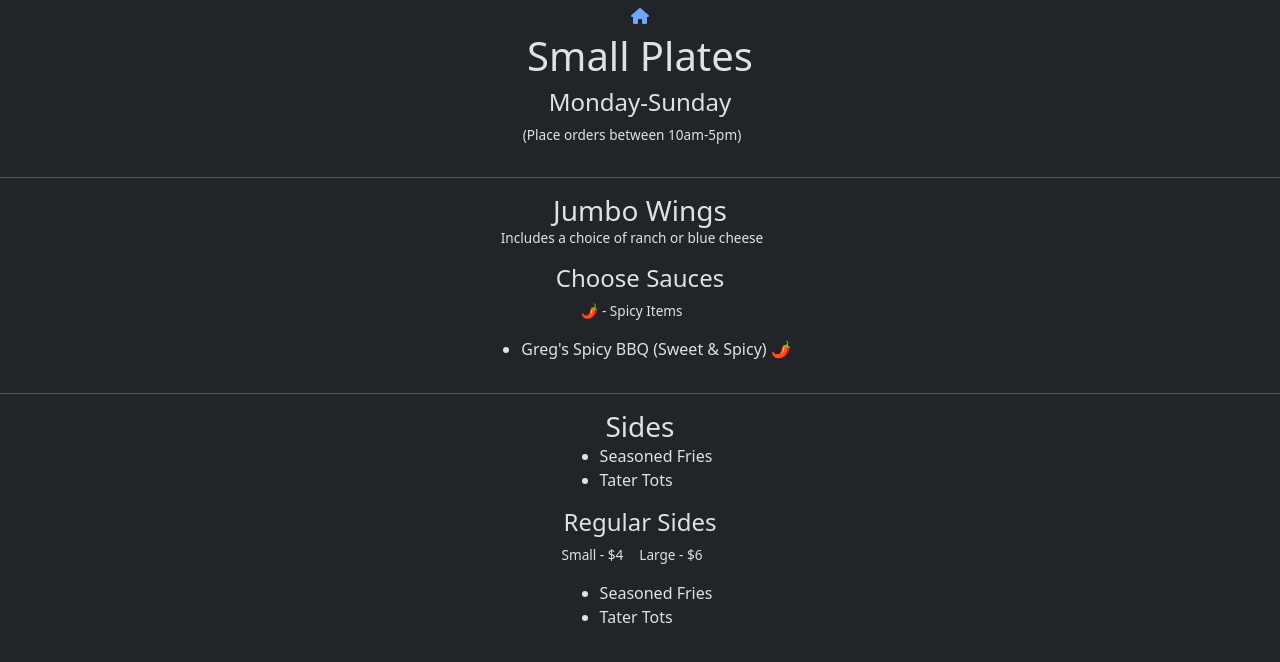
Repository: dukedward/smokehousemenu
Page: plates/index.html
An editor plug-in stored every save of this project. The page is shown before and after the next save, followed by the edit.
The browser window is 1280 px wide. The pictures show the whole page.
Some web libraries are served in a nearby version.

Above is the page before, as saved 2023-03-06 13:21:06.

### plates/index.html
<!DOCTYPE html>
<html lang="en" data-bs-theme="dark">
<head>
    <meta charset="UTF-8">
    <meta http-equiv="X-UA-Compatible" content="IE=edge">
    <meta name="viewport" content="width=device-width, initial-scale=1.0">
    <link rel="stylesheet" href="https://cdnjs.cloudflare.com/ajax/libs/font-awesome/6.3.0/css/all.min.css" integrity="sha512-SzlrxWUlpfuzQ+pcUCosxcglQRNAq/DZjVsC0lE40xsADsfeQoEypE+enwcOiGjk/bSuGGKHEyjSoQ1zVisanQ==" crossorigin="anonymous" referrerpolicy="no-referrer" />
    <link href="https://cdn.jsdelivr.net/npm/bootstrap@5.3.0-alpha1/dist/css/bootstrap.min.css" rel="stylesheet" integrity="sha384-GLhlTQ8iRABdZLl6O3oVMWSktQOp6b7In1Zl3/Jr59b6EGGoI1aFkw7cmDA6j6gD" crossorigin="anonymous">
    <link rel="stylesheet" href="../style.css" />
    <link rel="shortcut icon" href="../images/favicon.ico" type="image/x-icon">
    <title>Small Plates</title>
</head>
<body>
    <div class="title">
        <a href="/">
            <i class="fa-solid fa-house mt-2 mb-2"></i>
        </a>
        <h1>Small Plates</h1>
        <h4>Monday-Sunday</h4>
        <p>(Place orders between 10am-5pm)</p>
    </div>
    <!-- <hr>
    <div class="sections">
        <div class="sect">
            <h3>Jumbo Wings</h3>
            <div class="desc">
                <p>Includes a choice of ranch or blue cheese</p>
            </div>
            <div class="sub-sect">
                <h4>Choose Amount:</h4>
                <ul>
                    <li>5pc - $7.50</li>
                    <li>10pc - $13</li>
                    <li>20pc - $22</li>
                    <li>30pc - $31</li>
                </ul>
            </div>
            <div class="sub-sect">
                <h4>Choose Style:</h4>
                <ul>
                    <li>Traditional Fried</li>
                    <li>Smoke Fried</li>
                    <li>Signature Wild Wings</li>
                </ul>
            </div>
            <div class="sub-sect">
                <h4>Choose Sauces:</h4>
                <div class="desc">
                    <p>🌶️ - Spicy items</p>
                </div>
                <ul>
                    <li>Greg's Sweet BBQ</li>
                    <li>Sweet Teriyaki</li>
                    <li>Garlic Parmesan</li>
                    <li>Honey Mustard</li>
                    <li>Lemon Pepper</li>
                    <li>Carolina Gold 🌶️</li>
                    <li>Buffalo Sauce 🌶️</li>
                    <li>Hot Garlic 🌶️</li>
                    <li>Hot Honey Garlic 🌶️</li>
                    <li>Greg's Spicy BBQ (Sweet & Spicy) 🌶️</li>
                    <li>Honey Sriracha 🌶️</li>
                    <li>Spicy Honey Mustard 🌶️</li>
                    <li>Sweet Thai Chili 🌶️</li>
                </ul>
            </div>
        </div>
        <hr>
        <div class="sect">
            <h3>Smoked Pork Ribs</h3>
            <ul>
                <li>(2) Bone - $7</li>
                <li>Half Rack - $17.50</li>
                <li>Full Rack - $33</li>
            </ul>
            <h3>Smoked Beef Ribs</h3>
            <ul>
                <li>(1) Bone - $15</li>
                <li>(2) Bones - $25</li>
            </ul>
        </div>
        <hr>
        <div class="sect">
            <h3>Regular Sides</h3>
            <div class="desc">
                <p>Small - $4</p>
                <p>Large - $6</p>
            </div>
            <ul>
                <li>Seasoned Fries</li>
                <li>Tater Tots</li>
            </ul>
            <h3>Specialty Sides</h3>
            <div class="desc">
                <p>Cup - $7</p>
                <p>Pint - $12</p>
                <p>Quart - $21</p>
            </div>
            <ul>
                <li>White chedder Mac-n-Cheese</li>
                <li>Mommas Baked Beans (made w/ beef)</li>
                <li>Southern Green Beans (made w/ Turkey)</li>
            </ul>
            <h3>Garlic Toast</h3>
            <ul>
                <li>Small Basket (3) - $4</li>
                <li>Large Basket (6) - $6</li>
            </ul>
        </div>
        <hr>
        <div class="sect">
            <h3>Plates</h3>
            <div class="desc">
                <p>Includes 1 side & garlic toast</p>
                <p>$3 extra for specialty sides</p>
            </div>
            <ul>
                <li>Fried Shrimp Plate - $16</li>
                <li>Fried Catfish Plate - $16</li>
                <li>Small Wing Plate (5) - $10</li>
                <li>Large Wing Plate (10) - $16</li>
                <li>Chicken Finger Plate (4) - $12</li>
                <li>BBQ Chicken Plate (Leg & Thigh) - $11</li>
                <li>Fried Chicken Plate (Leg & Thigh) - $12</li>
                <li>Pulled Pork (1/2 lb) - $13</li>
                <li>Pork Rib Plate (4) - $15</li>
                <li>Beef Short Rib Plate (1/2 lb) - $20</li>
                <li>Smoked Sausage (1 lb Sliced) - $12</li>
            </ul>
        </div>
        <hr>
        <div class="sect">
            <h3>Sandwiches</h3>
            <div class="desc">
                <p>Includes one side</p>
            </div>
            <ul>
                <li>Chicken Sandwich - $13</li>
                <li>Short Rib Sandwich - $18</li>
                <li>Sausage & Peppers Pork - $15</li>
                <li>Cheese Burger - $11</li>
            </ul>
            <h3>Sliders</h3>
            <div class="desc">
                <p>Includes one side and sauce of choice</p>
            </div>
            <ul>
                <li>Chicken Sliders - $12</li>
                <li>Pulled Pork Sliders - $14</li>
                <li>Beef Short Rib Sliders - $16</li>
                <li>Mix-n-Match Sliders - $15</li>
            </ul>
        </div>
        <hr>
        <div class="sect">
            <h3>Add Ons</h3>
            <ul>
                <li>Side Shrimp (1/4 lb) - $7</li>
                <li>Catfish (1) - $7</li>
                <li>Chicken Finger (1) - $3</li>
                <li>Pork Sausage (1) - $7</li>
            </ul>
        </div>
    </div> -->
    <div class="bottom"></div>
    <script src="https://cdn.jsdelivr.net/npm/bootstrap@5.3.0-alpha1/dist/js/bootstrap.bundle.min.js" integrity="sha384-w76AqPfDkMBDXo30jS1Sgez6pr3x5MlQ1ZAGC+nuZB+EYdgRZgiwxhTBTkF7CXvN" crossorigin="anonymous"></script>
    <script src="../script.js"></script>
</body>
</html>

### style.css
.container {
    height: 100vh;
}

.title {
	display: flex;
	flex-direction: column;
	justify-content: center;
	align-items: center;
}

.sections {
	display: grid;
}

.sect, .sub-sect {
	display: flex;
	flex-direction: column;
	justify-content: left;
	align-items: center;
}

.sect h2,h3 {
    margin-bottom: 0;
}

.desc {
    display: flex;
    flex-direction: row;
    justify-content: space-between;
}

.desc p,.title p {
    padding-right: 1rem;
    font-size: .85rem;
}

### script.js
// Collecting DOM Elements
const bottom = document.querySelector('.bottom');
const sections = document.querySelector('.sections');

// API Data
const categories = [
    {
        name: 'Jumbo Wings',
        hasSubSection: true,
        description: [
            {
                text: 'Includes a choice of ranch or blue cheese',
            },
        ],
    },{
        name: 'Sides',
        hasSubSection: true,
        description: [],
    },
];
const products = [
    {
        name: 'Greg\'s Spicy BBQ (Sweet & Spicy) 🌶️',
        image: '',
        price: 0,
        category: {
            _id: '640533ab345c72c36a197c35',
            name: 'Jumbo Wings'
        },
    }, {
        name: 'Seasoned Fries',
        image: '',
        price: 0,
        category: {
            _id: '87689736897163987',
            name: 'Sides'
        }
    }, {
        name: 'Tater Tots',
        image: '',
        price: 0,
        category: {
            _id: '87689736897163987',
            name: 'Sides'
        }
    }
];
const subCategories = [
    {
        name: 'Choose Sauces',
        description: [
            {
                text: '🌶️ - Spicy Items',
            },
        ],
        category: {
            _id: '640533ab345c72c36a197c35',
            name: 'Jumbo Wings'
        },
    }, {
        name: 'Regular Sides',
        description: [
            {
                text: 'Small - $4'
            },
            {
                text: 'Large - $6'
            }
        ],
        category: {
            _id: '87689736897163987',
            name: 'Sides'
        }
    }
];

document.body.onload = addSection;

function addSection() {
    let catName, subCatName, prodName = ''
    for(i=0; i < categories.length; i++) {
            catName = categories[i].name;
            // create a new div element
            const lineBreak = document.createElement("hr");
            const newDiv = document.createElement("div");
            newDiv.className = "sect";

            // and give it some content
            // Section Title
            const newSectTitle = document.createElement("h3");
            newSectTitle.innerHTML = catName;

            // Section Description
            console.log(categories[i].description.length);
            const newDesc = document.createElement("div");
            newDesc.className = "desc";
            for(e=0; e < categories[i].description.length; e++ ) {
                const newDescText = document.createElement("p");
                newDescText.innerHTML = categories[i].description[i].text;
                // console.log(categories[i].description[i].text);
                newDesc.appendChild(newDescText);
            }

            if(categories[i].hasSubSection === true) {
                for (s=0; s < subCategories.length; s++) {
                    subCatName = subCategories[s].category.name
                    if (catName === subCatName) {
                        // Sub Section
                        const newSubSect = document.createElement("div");
                        newSubSect.className = "sub-sect";

                        // Sub Section Title
                        const newSubSectTitle = document.createElement("h4");
                        newSubSectTitle.innerHTML = subCategories[s].name;

                        // Sub Section Description
                        const newSubSectDesc = document.createElement('div');
                        newSubSectDesc.className = "desc";
                        for (d=0; d < subCategories[s].description.length; d++) {
                            const newSubSectDescText = document.createElement("p");
                            newSubSectDescText.innerHTML = subCategories[s].description[d].text;
                            newSubSectDesc.appendChild(newSubSectDescText);

                            // Sub Section List
                            const newSubSectList = document.createElement('ul');
                            for (p=0; p < products.length; p++) {
                                prodName = products[p].category.name
                                if (catName === prodName) {
                                    const newSubSectListItem = document.createElement('li');
                                    newSubSectListItem.innerHTML = products[p].name
                                    newSubSectList.appendChild(newSubSectListItem)
                                }

                            }
                            // Appending all elements to Sub Section
                            newSubSect.appendChild(newSubSectTitle)
                            newSubSect.appendChild(newSubSectDesc)
                            newSubSect.appendChild(newSubSectList)

                            // Appending all elements to Parent Div
                            newDiv.appendChild(newSectTitle);
                            newDiv.appendChild(newDesc);
                            newDiv.appendChild(newSubSect)
                        }
                    }
                }
            } else {
                //  Section List
                const newSectList = document.createElement('ul');
                for (p=0; p < products.length; p++) {
                    const newSectListItem = document.createElement('li');
                    newSectListItem.innerHTML = products[p].name
                    newSectList.appendChild(newSectListItem)
                }

                // Appending all elements to Parent Div
                newDiv.appendChild(newSectTitle);
                newDiv.appendChild(newDesc);
                newDiv.appendChild(newSectList)
            }

            // add the newly created element and its content into the DOM
            document.body.insertBefore(lineBreak, bottom)
            document.body.insertBefore(newDiv, bottom)
            }
}

After the next save:
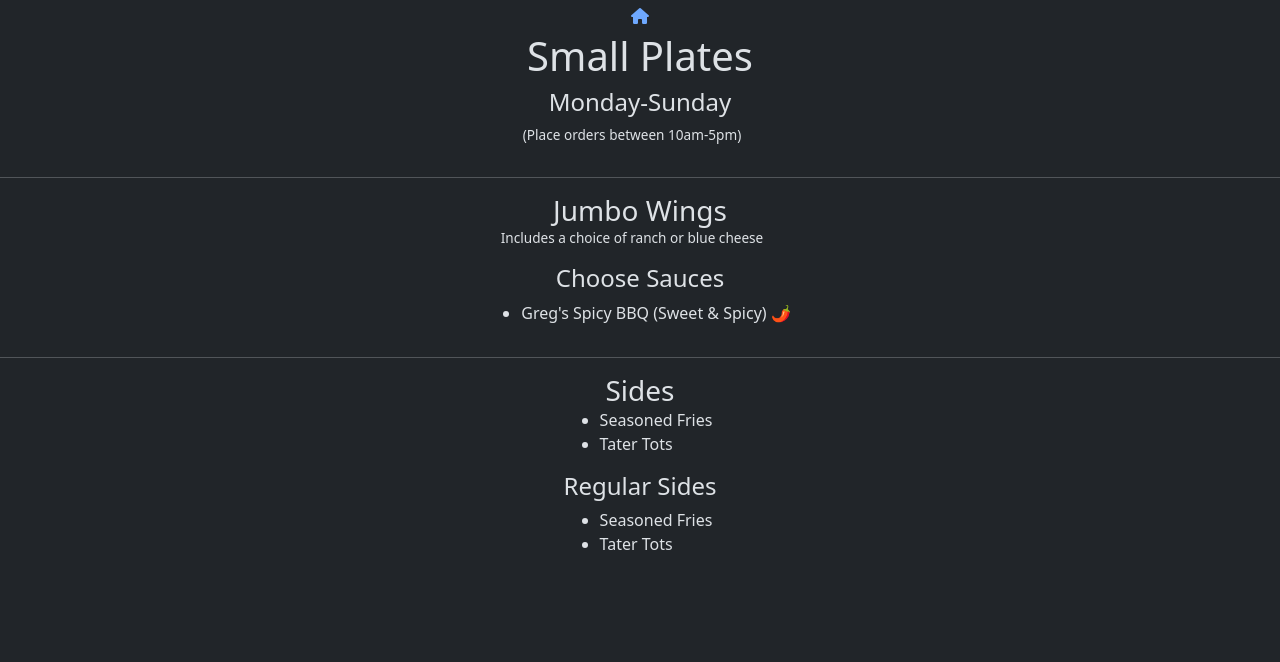
Saved 2 min 14 s later.
--- a/script.js
+++ b/script.js
@@ -134,7 +134,7 @@
                             }
                             // Appending all elements to Sub Section
                             newSubSect.appendChild(newSubSectTitle)
-                            newSubSect.appendChild(newSubSectDesc)
+                            // newSubSect.appendChild(newSubSectDesc)
                             newSubSect.appendChild(newSubSectList)
 
                             // Appending all elements to Parent Div

After the save that followed:
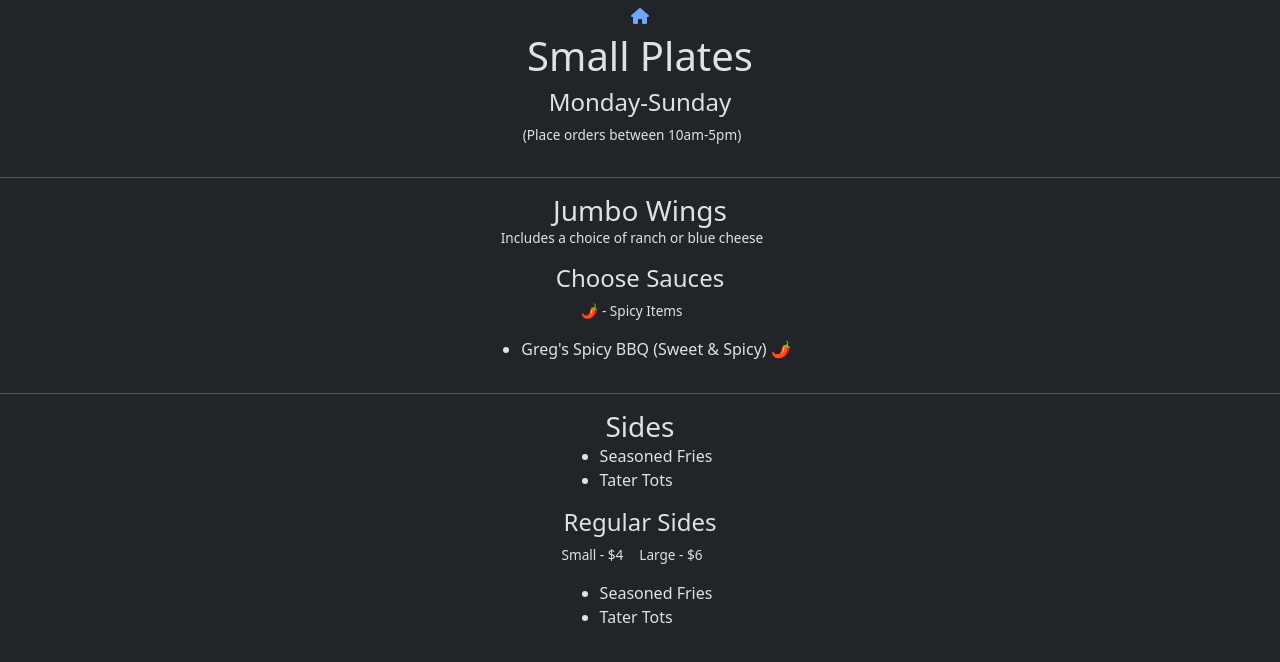
Saved 6 s later.
--- a/script.js
+++ b/script.js
@@ -134,7 +134,7 @@
                             }
                             // Appending all elements to Sub Section
                             newSubSect.appendChild(newSubSectTitle)
-                            // newSubSect.appendChild(newSubSectDesc)
+                            newSubSect.appendChild(newSubSectDesc)
                             newSubSect.appendChild(newSubSectList)
 
                             // Appending all elements to Parent Div
